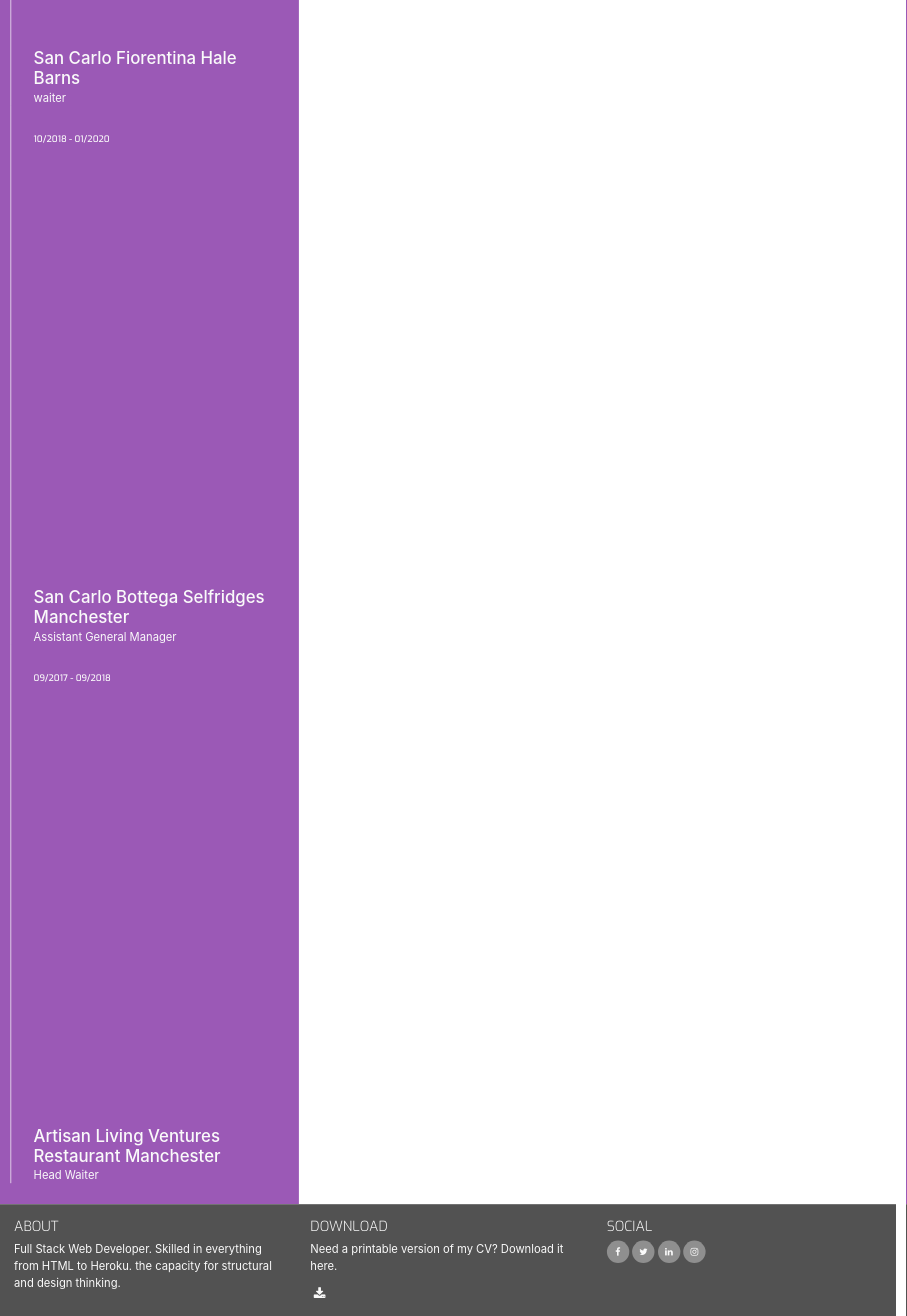
Repository: Baal89/Resume
Page: resume.html
The author's editor kept a record of every edit. The page is drawn from the files as they stood at one moment, then again after the next edit.
The browser window is 1280 px wide. The page is 1295 px wide, so the pictures cover 1295 px, including what lies to the right of the window. The pictures show the part of the page from y = 1096 to 2976 px (the page is 2976 px tall), at 70% of full size.

Above is the page before.

### resume.html
<!DOCTYPE html>
<html lang="en">

<head>
    <meta charset="UTF-8">
    <meta name="viewport" content="width=device-width, initial-scale=1.0">
    <meta http-equiv="X-UA-Compatible" content="ie=edge">
    <link rel="stylesheet" href="https://stackpath.bootstrapcdn.com/bootstrap/4.4.1/css/bootstrap.min.css" integrity="sha384-Vkoo8x4CGsO3+Hhxv8T/Q5PaXtkKtu6ug5TOeNV6gBiFeWPGFN9MuhOf23Q9Ifjh" crossorigin="anonymous">
    <link href="https://stackpath.bootstrapcdn.com/font-awesome/4.7.0/css/font-awesome.min.css" rel="stylesheet" integrity="sha384-wvfXpqpZZVQGK6TAh5PVlGOfQNHSoD2xbE+QkPxCAFlNEevoEH3Sl0sibVcOQVnN" crossorigin="anonymous">
    <link rel="stylesheet" href="https://cdnjs.cloudflare.com/ajax/libs/hover.css/2.3.1/css/hover-min.css" type="text/css" />
    <link rel="stylesheet" href="assets/css/style.css" type="text/css" />
    <title>Alessio</title>
</head>

<body>

    <header>
        <div class="row">
            <a href="index.html" class="col-md-4 logo px-0">

            </a>
            <div class="col-md-8">
                <div class="row bg-color-name-title">
                    <div class="col heading px-0">
                        <h1 class="name">Alessio Centamore</h1>
                        <h2 class="title">Full stack developer</h2>
                    </div>
                </div>
                <div class="row">
                    <div class="col px-0">
                        <ul id="nav" class="list-inline menu-container">
                            <li class="col-6 col-sm-3 ui-menu-color-home list-inline-item menuitem">
                                <a href="index.html" class="hvr-sweep-to-bottom"><i class="fa fa-home" aria-hidden="true"></i><span>Home</span></a>
                            </li>
                            <li class="col-6 col-sm-3 ui-menu-color-resume list-inline-item menuitem">
                                <a href="resume.html" class="hvr-sweep-to-bottom"><i class="fa fa-graduation-cap" aria-hidden="true"></i><span>Resume</span></a>
                            </li>
                            <li class="col-6 col-sm-3 ui-menu-color-contact list-inline-item menuitem">
                                <a href="#" class="hvr-sweep-to-bottom"><i class="fa fa-comment-o" aria-hidden="true"></i><span>Contact</span></a>
                            </li>
                            <li class="col-6 col-sm-3 ui-menu-color-download list-inline-item menuitem">
                                <a href="#" class="hvr-sweep-to-bottom"><i class="fa fa-download" aria-hidden="true"></i><span>Download</span></a>
                            </li>
                        </ul>
                    </div>
                </div>
            </div>
        </div>
    </header>

    <section class="container-fluid">
        <div class="row">
            <div class="col-md-4 bg-color-personal-work-history section-column">
                <div class="row">
                    <div class="col-12">
                        <h3 class="history-heading uppercase">work history</h3>
                    </div>
                    <div class="timeline-item" data-dates="01/2014 - 09/2017">
                        <h4>San Carlo Fiorentina Hale Barns</h4>
                        <p>waiter</p>
                    </div>
                    <div class="timeline-item" data-dates="10/2018 - 01/2020">
                        <h4>San Carlo Bottega Selfridges Manchester</h4>
                        <p>Assistant General Manager</p>
                    </div>
                    <div class="timeline-item" data-dates="09/2017 - 09/2018">
                        <h4>Artisan Living Ventures Restaurant Manchester</h4>
                        <p>Head Waiter</p>
                    </div>
                </div>
            </div>
            <div class="col-md-8 color-three-reasons section-column">
                <div class="row">
                    <div class="col">
                        <h3 class="section-heading uppercase">My skills</h3>
                    </div>
                </div>
                <div class="row">
                    <div class="col-10 offset-1 offset-sm-0 col-sm-4 col-md-6">
                        <div class="row">
                            <div class="col-2">
                                <i class="three-resons-icon fa fa-tv" aria-hidden="true"></i>
                            </div>
                            <div class="col-10">
                                <h4 class="three-reasons-heading uppercase">Front End</h4>
                                <p>I'm a skilled in User Experience Design using the trinity of HTML/CSS/JavaScript. I also have extensive experience in Front Frameworks such as Angular and React.</p>
                            </div>
                        </div>
                    </div>
                    <div class="col-10 offset-1 offset-sm-0 col-sm-4 col-md-6">
                        <div class="row">
                            <div class="col-2">
                                <i class="three-resons-icon fa fa-gears" aria-hidden="true"></i>
                            </div>
                            <div class="col-10">
                                <h4 class="three-reasons-heading uppercase">Back end</h4>
                                <p>I specialize in data-driven web applications. Many of my project utilise document based data. I use Pyhon and Django in conjuction with MongoDB to process and present information.</p>
                            </div>
                        </div>
                    </div>
                </div>
                <div class="row progress-section">
                    <div class="col">
                        <div class="progress">
                            <div class="progress-bar" role="progressbar" aria-valuenow="90" aria-valuemin="0" aria-valuemax="100" style="width: 90%;">
                                <span class="sr-only">90% complete </span>
                            </div>
                            <span class="progress-type">HTML / HTML5 </span>
                        </div>
                        <div class="progress">
                            <div class="progress-bar bg-success" role="progressbar" aria-valuenow="80" aria-valuemin="0" aria-valuemax="100" style="width: 80%;">
                                <span class="sr-only">80% complete </span>
                            </div>
                            <span class="progress-type">CSS / CSS3</span>
                        </div>
                        <div class="progress">
                            <div class="progress-bar bg-info" role="progressbar" aria-valuenow="70" aria-valuemin="0" aria-valuemax="100" style="width: 70%;">
                                <span class="sr-only">70% complete </span>
                            </div>
                            <span class="progress-type">JavaScript / JQuery</span>
                        </div>
                        <div class="progress">
                            <div class="progress-bar bg-warning" role="progressbar" aria-valuenow="80" aria-valuemin="0" aria-valuemax="100" style="width: 80%;">
                                <span class="sr-only">80% complete </span>
                            </div>
                            <span class="progress-type">Django / Python</span>
                        </div>
                        <div class="progress">
                            <div class="progress-bar bg-danger" role="progressbar" aria-valuenow="80" aria-valuemin="0" aria-valuemax="100" style="width: 80%;">
                                <span class="sr-only">80% complete </span>
                            </div>
                            <span class="progress-type">SQL / NoSQL</span>
                        </div>
                    </div>
                </div>
            </div>
        </div>
    </section>

    <footer class="container-fluid" id="footer-details">
        <div class="row">
            <div class="col-sm-4">
                <h5 class="uppercase general-sub">About</h5>
                <p class="inline-block">Full Stack Web Developer. Skilled in everything from HTML to Heroku. the capacity for structural and design thinking.</p>
            </div>
            <div class="col-sm-4">
                <h5 class="uppercase general-sub">Download</h5>
                <p class="inline-block">Need a printable version of my CV? Download it here.</p>
                <a href="#" target="_blank" class="cv-pdf">
                    <i class="fa fa-download" aria-hidden="true"></i>
                    <span class="sr-only">Download link.</span>
                </a>
            </div>
            <div class="col-sm-4">
                <h5 class="uppercase general-sub">Social</h5>
                <ul class="list-inline social-links">
                    <li class="list-inline-item">
                        <a target="_blank" href="#">
                            <i class="fa fa-facebook" aria-hidden="true"></i>
                            <span class="sr-only">Facebook</span>
                        </a>
                    </li>
                    <li class="list-inline-item">
                        <a target="_blank" href="#">
                            <i class="fa fa-twitter" aria-hidden="true"></i>
                            <span class="sr-only">Twitter</span>
                        </a>
                    </li>
                    <li class="list-inline-item">
                        <a target="_blank" href="#">
                            <i class="fa fa-linkedin" aria-hidden="true"></i>
                            <span class="sr-only">Linkedin</span>
                        </a>
                    </li>
                    <li class="list-inline-item">
                        <a target="_blank" href="#">
                            <i class="fa fa-instagram" aria-hidden="true"></i>
                            <span class="sr-only">Instagram</span>
                        </a>
                    </li>
                </ul>
            </div>
        </div>
    </footer>

</body>

</html>

### assets/css/style.css
@import url('https://fonts.googleapis.com/css?family=Roboto:100,200,300,400,500,600,700|Exo:100,200,300,400,500,600,700&display=swap');


/*-----------------------------------------------------------------Colors */

.bg-color-name-title {
    background-color: #676767;
}

.bg-color-three-resons {
    background-color: #fff;
}

.bg-color-personal-info {
    background-color: #f4f4f4
}

.bg-color-personal-work-history {
    background-color: #9b59b6;
}

.ui-menu-color-home {
    background-color: #e67e22;
}

.ui-menu-color-resume {
    background-color: #9b59b6;
}

.ui-menu-color-contact {
    background-color: #3498db;
}

.ui-menu-color-download {
    background-color: #525252;
}

/* ---------------------------------------------------------------Special padding/margins/text */

h1,
h2,
h3,
h4 {
    margin: 0;
}

.uppercase {
    text-transform: uppercase;
}

.general-sub {
    font-family: "Exo", sans-serif;
    font-weight: 300;
    color: #fafafa;
}

.inline-block {
    display: inline-block;
}

.row-table {
    display: table;
}

.section-column {
    display: table-cell;
    padding: 0 30px 30px;
    float: none;
}

.section-heading,
.history-heading {
    font-family: "Exo", sans-serif;
    font-weight: 300;
    margin-top: 25px;
    margin-bottom: 40px;
}

/* ---------------------------------------------------------------Heading */

header {
    margin: 0;
}

.heading {
    margin-left: 50px;
}

.logo {
    background-image: url("../img/Alessio.jpg");
    background-position: center;
    background-repeat: no-repeat;
    background-size: cover;
    min-height: 360px;
    transition: all .5s ease-in-out;
    -moz-transition: all .5s ease-in-out;
    -webkit-transition: all .5s ease-in-out;
}

.name {
    font-family: Exo, sans-serif;
    font-weight: 100;
    font-size: 46px;
    margin-top: 50px;
    color: #ffffff;
}

.title {
    font-family: Roboto, sans-serif;
    font-weight: 200;
    font-size: 28px;
    margin-top: 20px;
    margin-bottom: 90px;
    color: #ffffff;
}

.list-inline-item:not(:last-child) {
    margin-right: 0 !important;
}

.menu-container {
    font-size: 0;
}

#nav li {
    font-size: 14px;
    padding: 0;
}

.menuitem {
    height: 120px;
    text-align: center;
    padding: 0;
}

.menuitem a {
    width: 100%;
    text-decoration: none;
    color: #fff;
    height: 120px;
}

.menuitem i {
    padding-top: 22px;
    display: block;
    color: #fafafa;
    font-size: 26px;
}

.menuitem span {
    display: block;
    width: 100%;
    padding-top: 5px;
    text-align: center;
    text-transform: uppercase;
    font-size: 14px;
    font-weight: 300;
    letter-spacing: 2px;
}

#nav {
    margin: 0;
}

/* ---------------------------------------------------------------Hover */

.hvr-sweep-to-bottom:before {
    background-color: rgba(0,0,0, 0.2);
    height: 120px;
}

/* --------------------------------------------------------------Footer */

footer {
    background-color: #525252;
    color: #fafafa;
    min-height: 120px;
    margin: 0;
}

.cv-pdf i {
    font-size: 18px;
    color: #fafafa;
    text-align: center;
    padding-left: 5px;
    transition: all 0.35s ease-in-out;
    -moz-0transition: all 0.35s ease-in-out;
    -webkit-transition: all 0.35s ease-in-out;
    -o-transition: all 0.35s ease-in-out;
}

.cv-pdf i:hover {
    color: #e84610;
}

.social-links {
    padding-bottom: 15px;
}

.social-links li a i {
    width: 32px;
    height: 32px;
    padding: 12px 0;
    border-radius: 50%;
    font-size: 13px;
    line-height: 7px;
    text-align: center;
    color: #fafafa;
    background-color: #8f8f8f;
    transition: all 0.35s ease-in-out;
    -moz-0transition: all 0.35s ease-in-out;
    -webkit-transition: all 0.35s ease-in-out;
    -o-transition: all 0.35s ease-in-out;
}

.social-links li a i:hover {
    background-color: #e84610;
}

#footer-details {
    padding: 20px;
}

/* --------------------------------------------------------------three reasons */


.three-resons-icon {
    font-size: 26px;
    color: #e67e22;
}

.three-reasons-heading {
    margin: 15px;
}

/* --------------------------------------------------------------Personal info*/

.personal-info-item {
    margin-bottom: 20px;
    display: block;
    clear: both;
}

.personal-info-item .key,
.personal-info-item .value {
    padding-right: 8px;
    display: inline-block;
}

.personal-info-item .key p,
.personal-info-item .value p {
    margin: 0;
}

.personal-info-item .key {
    width: 30%;
    margin-right: 21px;
    padding-top: 2px;
    vertical-align: top;
}

.personal-info-item .key p {
    font-weight: 700;
}

.personal-info-item .value {
    position: relative;
    width: 60%;
}

/* --------------------------------------------------------------skills */

.progress {
    position: relative;
    height: 25px;
    margin-bottom: 4px;
}

.progress-type {
    position: absolute;
    left: 0px;
    font-weight: 400;
    padding: 3px 30px 2px 10px;
    color: #fafafa;
    background-color: rgba(25, 25, 25, 0.2);
}

.progress-section {
    margin: 40px 20px;
}

/* ---------------------------------------------------------------work history */

.history-heading {
    color: #fafafa;
    margin-bottom: 50px;
}

.timeline-item {
    padding: 43em 2em 0em 2em;
    position: relative;
    color: #fafafa;
    border-left: 1px solid;
}

.timeline-item p {
    padding: 0;
    margin: 0;
}

.timeline-item:before {
    content: attr(data-dates);
    position: absolute;
    left: 2.5em;
    top: 3em;
    display: block;
    font-family: "Exo" , sans-serif;
    font-weight: 500;
    font-size: 0.8em;
    padding: 0;
    margin: 0;
}

.tiimeline-item:after {
    width: 12px;
    height: 12px;
    display: block;
    top: 2.4em;
    position: absolute;
    left: -6px;
    border-radius: 12px;
    content: "";
    background-color: #fafafa;
}

After the next edit:
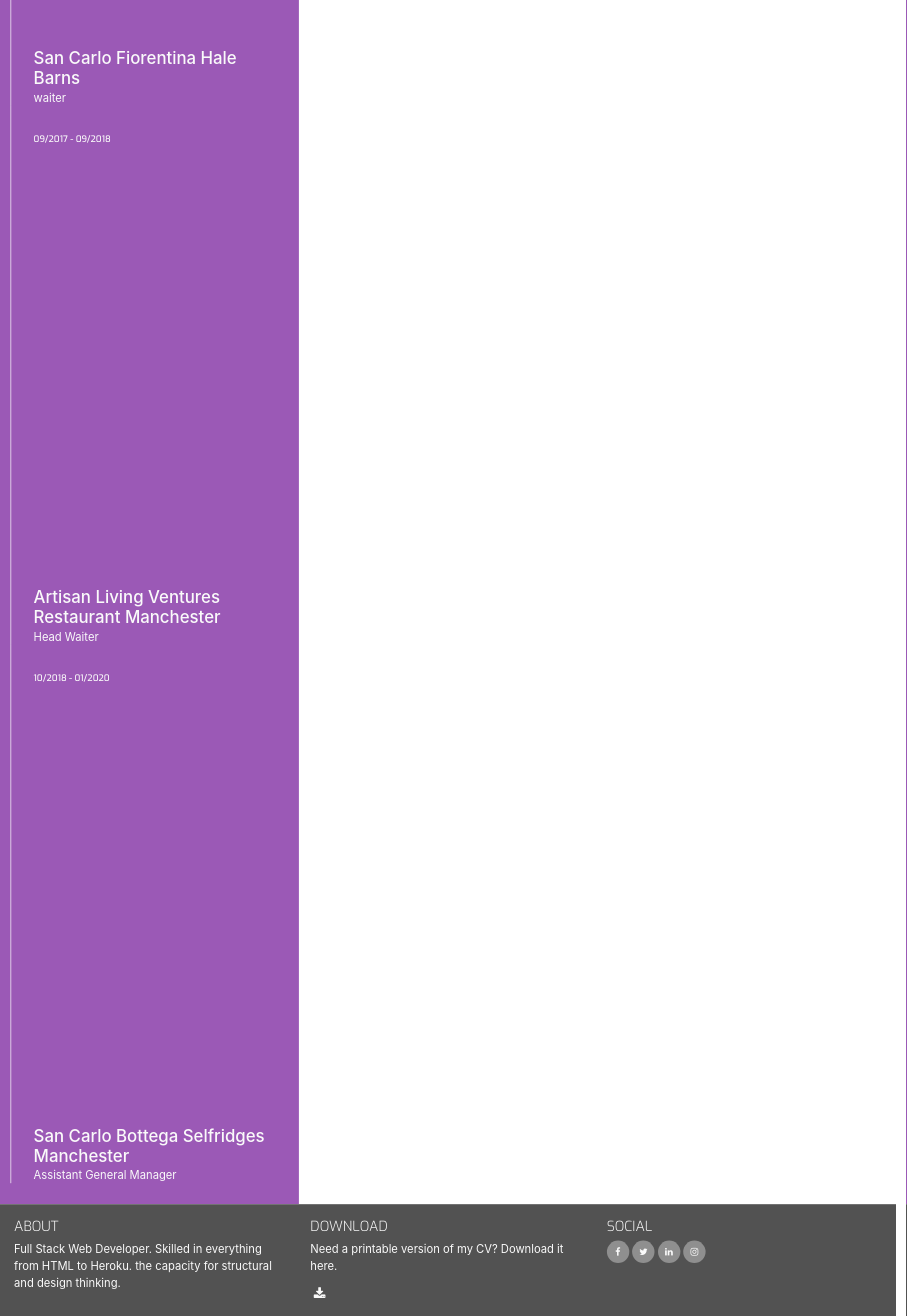
The edit:
--- a/resume.html
+++ b/resume.html
@@ -59,13 +59,13 @@
                         <h4>San Carlo Fiorentina Hale Barns</h4>
                         <p>waiter</p>
                     </div>
-                    <div class="timeline-item" data-dates="10/2018 - 01/2020">
-                        <h4>San Carlo Bottega Selfridges Manchester</h4>
-                        <p>Assistant General Manager</p>
-                    </div>
                     <div class="timeline-item" data-dates="09/2017 - 09/2018">
                         <h4>Artisan Living Ventures Restaurant Manchester</h4>
                         <p>Head Waiter</p>
+                    </div>
+                     <div class="timeline-item" data-dates="10/2018 - 01/2020">
+                        <h4>San Carlo Bottega Selfridges Manchester</h4>
+                        <p>Assistant General Manager</p>
                     </div>
                 </div>
             </div>
